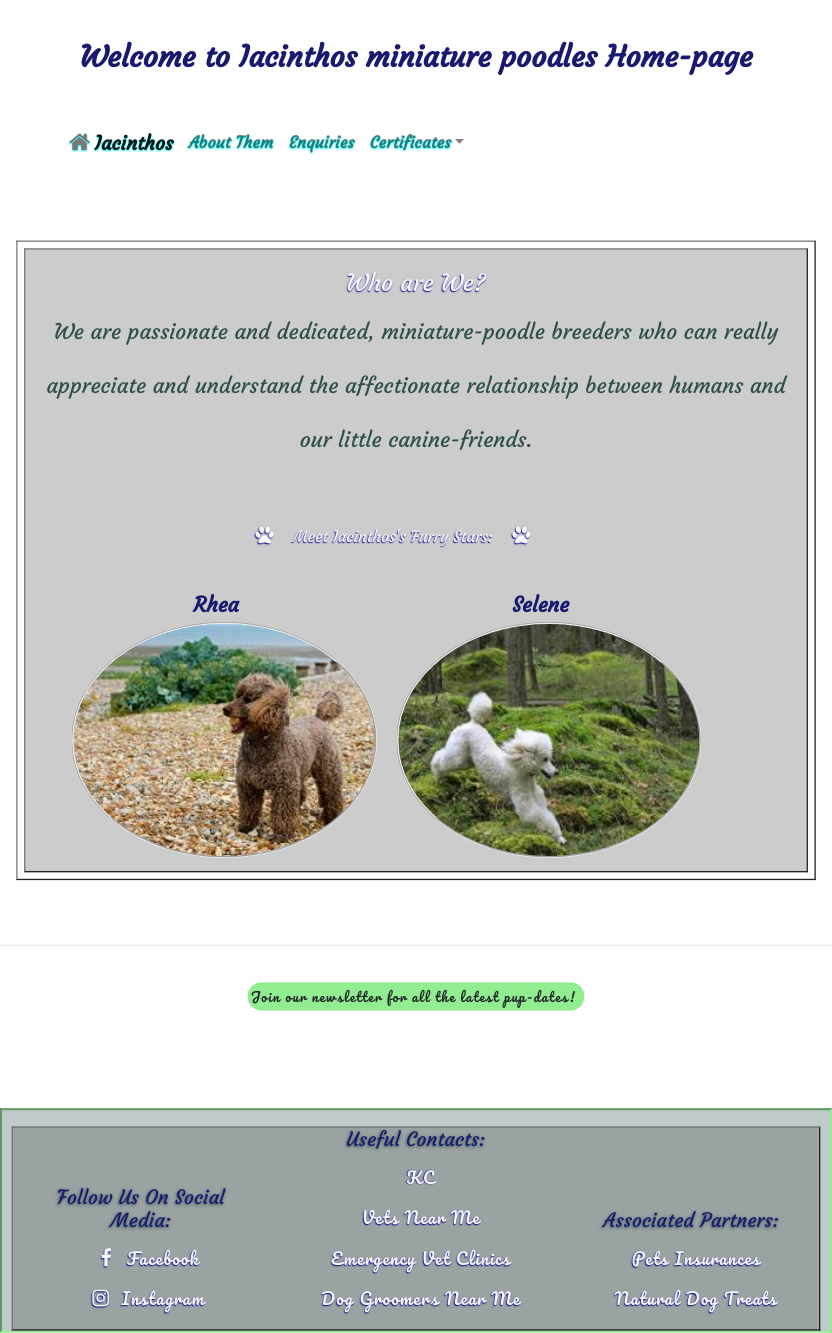
Repository: Code-Institute-Submissions/GeorgiosSklav-Iacinthos-blog
Page: index.html
The author's editor kept a record of every edit. The page is drawn from the files as they stood at one moment, then again after the next edit.
The browser window is 1280 px wide. The pictures show the whole page, at 65% of full size.

Above is the page before.

### index.html
<!DOCTYPE html>
<html lang="en">

<head>
    <meta charset="UTF-8">
    <meta name="viewport" content="width=device-width, initial-scale=1.0">
    <meta http-equiv="X-UA-Compatible" content="ie=edge">
    <link rel="stylesheet" href="https://stackpath.bootstrapcdn.com/bootstrap/4.3.1/css/bootstrap.min.css " integrity="sha384-ggOyR0iXCbMQv3Xipma34MD+dH/1fQ784/j6cY/iJTQUOhcWr7x9JvoRxT2MZw1T " crossorigin="anonymous">
    <title>Iacinthos mini Poodles</title>
    <link rel="stylesheet" href="https://stackpath.bootstrapcdn.com/font-awesome/4.7.0/css/font-awesome.min.css" integrity="sha384-wvfXpqpZZVQGK6TAh5PVlGOfQNHSoD2xbE+QkPxCAFlNEevoEH3Sl0sibVcOQVnN" crossorigin="anonymous">
    <link rel="stylesheet" href="style.css" type="text/css" />
</head>

<body>

    <!--Header-->

    <header class="container">
        <div class="row align-items-start homepage">
            <div class="col-12 logo">
                <h1>Welcome to Iacinthos miniature poodles Home-page</h1>
            </div>
        </div>
        <nav class="navbar navbar-light navbar-expand-sm">
            <div class="navbar-brand"><i class="fa fa-home"></i>Iacinthos</div>
            <button class="navbar-toggler ml-auto" type="button" data-toggle="collapse" data-target="#navbarNavDropdown" aria-controls="navbarNavDropdown">
            <span class="navbar-toggler-icon"></span></button>
            <div class="collapse navbar-collapse" id="navbarNavDropdown">
                <ul class="navbar-nav mt-auto mt-2 mt-lg-0">
                    <li class="nav-item item2 mr-2"><a class="nav-link" href="about-them.html">About Them</a></li>
                    <li class="nav-item mr-2"><a class="nav-link" href="request-form.html">Enquiries</a></li>
                    <li class="nav-item dropdown">
                        <div class="nav-link dropdown-toggle" id="navbarDropdownMenuLink" role="button" data-toggle="dropdown" aria-haspopup="true" aria-expanded="false">
                            Certificates</div>
                        <div class="dropdown-menu" aria-labelledby="navbarDropdownMenuLink">
                            <a class="dropdown-item" target="_blank" href="./Media/certificate.pdf"><i class="fa fa-download"></i>Kennel Club</a>
                            <a class="dropdown-item" target="_blank" href="./Media/lineage1.pdf"><i class="fa fa-download"></i>Blood-Lineage</a>
                        </div>
                    </li>
                </ul>
            </div>
        </nav>
    </header>

    <!--main-body-->

    <main>
        <div class="jumbotron-fluid about" id="frame">
            <div class="background-overlay">
                <div class="about">
                    <h3 class="about-title">Who are We?</h3>
                    <p>We are passionate and dedicated, miniature-poodle breeders who can really appreciate and understand the affectionate relationship between humans and our little canine-friends.</p>
                </div>

                <div class="container">
                    <div class="row introduction">
                        <div class="col-12 container-title capitalise">
                            <h4><i class="fa fa-paw" aria-hidden="true"></i>Meet Iacinthos's furry stars:<i class="fa fa-paw" aria-hidden="true"></i></h4>
                        </div>
                        <div class="col-10 offset-1 offset-sm-0 col-sm-6 offset-md-0 col-md-6">
                            <h5 class="dog-name">Rhea</h5>
                            <img src="./Media/photos/selene.jpg" class="img-50" alt="dog-white">
                        </div>
                        <div class="col-10 offset-1 offset-sm-0 col-sm-6 offset-md-0 col-md-6">
                            <h5 class="dog-name">Selene</h5>
                            <img src="./Media/photos/forest.jpg" class="img-50" alt="dog-brown">
                        </div>
                    </div>
                </div>
            </div>
        </div>
        <hr>

        <!--Modal-->

        <button type="button" class="btn btn-color" data-toggle="modal" data-target="#exampleModal">
  Join our newsletter for all the latest pup-dates!
</button>
        <div class="modal fade" id="exampleModal" tabindex="-1" role="dialog" aria-labelledby="exampleModalLabel" aria-hidden="true">
            <div class="modal-dialog" role="document">
                <div class="modal-content">
                    <div class="modal-header">
                        <h5 class="modal-title" id="exampleModalLabel">Join our family with a flick of your paw!</h5>
                        <button type="button" class="close" data-dismiss="modal" aria-label="Close">
                     <span aria-hidden="true">&times;</span>
        </button>
                    </div>
                    <div class="modal-body">
                        <form class="modal-newsletter">
                            <div class="form-group ">
                                <input type="email" class="form-control" id="InputEmail2" aria-describedby="InputEmail2" placeholder="Your Woof-mail....">
                            </div>
                            <div class="form-group">
                                <input type="password" class="form-control" id="InputPassword2" placeholder="....and a Woof-password">
                            </div>
                            <div class="form-group form-check">
                                <input type="checkbox" class="form-check-input" id="Check1">
                                <label class="form-check-label" for="Check1">Remember me</label>
                            </div>
                        </form>
                    </div>
                    <div class="modal-footer">
                        <button type="button" class="btn btn-danger" data-dismiss="modal">Close</button>
                        <button type="button" class="btn btn-info">Subscribe</button>
                    </div>
                </div>
            </div>
        </div>
    </main>

    <!--footer-->

    <footer class="container-fluid footer">
        <div class="background-overlay">
            <div class="row align-items-end">
                <div class="col-12 col-md-3 col-lg-3">
                    <h4 class="social-title capitalise">Follow us on social media:</h4>
                    <ul class="social-links">
                        <li>
                            <a target="_blank" href="https://www.facebook.com/neil.davis.9862">
                            <i class="fa fa-facebook"></i>
                            <span>Facebook</span>
                        </a>
                        </li>
                        <li>
                            <a target="_blank" href="https://instagram.com/neilr.davis?igshid=wmi0mqp5d2se">
                            <i class="fa fa-instagram"></i>
                            <span>Instagram</span>
                        </a>
                        </li>
                    </ul>
                </div>
                <div class="col-12 col-md-3 col-lg-3">
                    <h4 class="social-title capitalise">Useful contacts:</h4>
                    <ul class="social-links">
                        <li>
                            <a target="_blank" href="https://www.thekennelclub.org.uk/">
                            <span class="capitalise">KC</span>
                        </a>
                        </li>
                        <li>
                            <a target="_blank" href="https://www.google.com/search?q=vet+near+me&oq=vet+near&aqs=chrome.0.0j69i57j0l4.4119j0j7&sourceid=chrome&ie=UTF-8">
                            <span class="capitalise">Vets near me</span>
                        </a>
                        </li>
                        <li>
                            <a target="_blank" href="https://www.google.com/search?q=emergency+vet+clinic+near+me&oq=emergency+vet&aqs=chrome.4.69i57j0l5.15430j0j7&sourceid=chrome&ie=UTF-8">
                            <span class="capitalise">Emergency vet clinics</span>
                        </a>
                        </li>
                        <li>
                            <a target="_blank" href="https://www.google.com/search?q=dog+groomer+near+me&oq=dog+groomer&aqs=chrome.1.69i57j0l5.4790j0j7&sourceid=chrome&ie=UTF-8">
                            <span class="capitalise">Dog groomers near me</span>
                        </a>
                        </li>
                    </ul>
                </div>
                <div class="col-12 col-md-3 col-lg-3">
                    <h4 class="social-title capitalise">Associated partners:</h4>
                    <ul class="social-links">
                        <li>
                            <a target="_blank" href="https://www.google.com/search?q=pet+insurance+near+me&oq=pet+ins&aqs=chrome.2.0j69i57j0l4.6094j0j7&sourceid=chrome&ie=UTF-8">
                            <span class="capitalise">pets insurances</span>
                        </a>
                        </li>
                        <li>
                            <a target="_blank" href="https://www.doglistener.co.uk/catalog/natural-dog-treats-0">
                            <span class="capitalise">natural dog treats</span>
                        </a>
                        </li>
                    </ul>
                </div>

            </div>
        </div>
    </footer>

    <script src="https://code.jquery.com/jquery-3.3.1.slim.min.js" integrity="sha384-q8i/X+965DzO0rT7abK41JStQIAqVgRVzpbzo5smXKp4YfRvH+8abtTE1Pi6jizo" crossorigin="anonymous"></script>
    <script src="https://cdnjs.cloudflare.com/ajax/libs/popper.js/1.14.7/umd/popper.min.js" integrity="sha384-UO2eT0CpHqdSJQ6hJty5KVphtPhzWj9WO1clHTMGa3JDZwrnQq4sF86dIHNDz0W1" crossorigin="anonymous"></script>
    <script src="https://stackpath.bootstrapcdn.com/bootstrap/4.3.1/js/bootstrap.min.js" integrity="sha384-JjSmVgyd0p3pXB1rRibZUAYoIIy6OrQ6VrjIEaFf/nJGzIxFDsf4x0xIM+B07jRM" crossorigin="anonymous"></script>
</body>

</html>

### style.css
@import url('https://fonts.googleapis.com/css?family=Courgette:100,200,300,400,500,600,700|Pacifico:100,200,300,400,500,600,700');

/*------------------------------------------------body background*/

body {
    line-height: 2.5;
    text-align: center;
}

.background-overlay {
    position: relative;
    height: 100%;
    width: 100%;
    padding: 0;
    background-color: rgba(0, 0, 0, 0.2);
    border: 2px outset #777;
}

h1 {
    font-family: "Courgette", sans-serif;
    font-weight: 700;
    font-size: 45px;
    color: #191970;
    margin-top: 35px;
    margin-bottom: 5px;
    padding-top: 25px;
}

.heading {
    margin: 25px;
}

.capitalise {
    text-transform: capitalize;
}

/*------------------------------------------------Navbar*/

.navbar {
    word-wrap: normal;
   margin-bottom: 100px;
   margin-top: 50px;
}

.navbar-light {
    font-family: 'Courgette', sans-serif;
    font-weight: 600;
    font-size: 25px;
    text-shadow: 0px 2px 3px #00ffff;
}

.nav-link {
margin: 0;
 right:0;
 bottom: 0;
 color: #fff;
}

.nav-link:hover {
    background-color: rgba(120, 0, 50, .1);
}
.dropdown {
    margin-left: 0;
    padding: 0;
}
.dropdown-menu {
    background-color: #a9a9a9;
    font-weight: 600;
    font-size: 20px;
 padding:0;
}

.dropdown-menu ul li:hover {
    background-color: #a9a9a9;
}

.ml-auto {
    background-color: #a9a9a9;
}

.navbar i {
    font-size: 35px;
    padding-top: 0;
    padding-bottom: 5px;
    padding-right: 2px;
    margin: 5px;
    color: #777;
}

.navbar-brand {
    font-size: 30px;
}

.fa-download {
    margin-right: 2px;
    margin-left: 2px;
}

.fa-download:hover {
    color: #fff;
}

/*------------------------------------------Media queries*/

@media (max-width: 300px) {
    .ml-auto:hover {
        background-color: #777;
    }
    .dropdown-item:hover {
        background-color: #777;

    }
    #navbarNavDropdown {
        background-color: #a9a9a9;
    }


    #navbarNavDropdown ul li:hover {
        background-color: #90ee90;
    }
}



@media (max-width: 3800px) {
    .dropdown-menu {
        background-color: rgba(120, 0, 50, .3);

    }
    .dropdown-item:hover {
        background-color: #777;
        color: #fff;
    }
    .col-lg-3 {
        flex: 30%;
        max-width: 100%;
    }
}

/*------------------------------------------------Homepage*/

.homepage a {
    text-decoration: none;
    height: 100%;
}

.introduction {
    height: 90%;
    width: 90%;
}

.img-10 {
    float: left;
    width: 15%;
    border-radius: 50%;
    border: groove #777;
}

.img-20 {
    float: right;
    width: 20%;
    border-radius: 50%;
    border: groove #777;
    margin: 2px;
}

.img-30 {
    float: left;
    width: 30%;
    border: groove #777;
    margin: 2px;
}

.img-50 {
    margin-left: 25px;
    margin-bottom: 20px;
    width: 100%;
    float: none;
    border-style: groove;
    border-radius: 50%;
}

/*--------------------------------------------texts,p*/

.container-title {
    text-align: center;
    margin: 35px;
    font-family: "Courgette", sans-serif;
    color: #f8f8ff;
    text-shadow: -1px 1px 2px #00008b;
}

.container-title i {
    font-size: 30px;
    padding: 15px;
    margin: 15px;
}

.dog-name {
    font-family: "Courgette", sans-serif;
    font-weight: 700;
    font-size: 32px;
    margin-left: 25px;
    color: #191970;
}

/*----------------------------------------about us section*/

.about {
    margin: 25px;
    font-family: "Courgette", sans-serif;
    font-size: 33px;
    color: #2f4f4f;
}

.about .about-title {
    color: #f8f8ff;
    text-shadow: -1px 1px 2px #00008b;
    font-size: 36px;
    padding: 5px 2px;
}

#frame {
    border: 2px outset #777;
    font-size: 33px;
    margin-top: 45px;
    margin-bottom: 100px;
    padding: 10px;
    font-weight: 200;
    background-color: #fff;
}

/*----------------------------------------newsletter button*/

.btn-color {
    background-color: #90ee90;
    font-family: "Pacifico", sans-serif;
    font-size: 20px;
    letter-spacing: 2px;
    margin: 40px 25px 150px;
    padding-left: 4px;
    border-radius: 50px;
}

.btn-color:hover {
    color: #90ee90;
    background-color: #777;
}

/*----------------------------------------Modal styling*/

.modal-title {
    font-family: "Pacifico", sans-serif;
    font-size: 25px;
    margin: 10px 5px;
}

.modal-content {
    background-color: #90ee90;
    text-shadow: -3px 2px 0.5px #ffefd5;
    color: #777;
}

.modal-footer .btn-danger,
.btn-info {
    margin-right: 20px;
}

.modal-body {
    padding: 0 15px 0 15px;
    top: 5px;
    bottom: 0;
    margin-top: 10px;
}


/*----------------------------------------footer*/

.footer {
    border: 3px inset #90ee90;
    background-color: rgba(47, 79, 79, .3);
    padding-top: 25px;
    margin: 0 5px 0 0;
    text-align: center;
    display: run-in;
}


.contacts .social-title {
    font-family: "Courgette", sans-serif;
    font-size: 30px;
    font-weight: 400;
    letter-spacing: 2px;
    color: #191970;
}


.social-links {
    list-style: none;
    padding-right: 25px;
    font-family: "Pacifico", sans-serif;
    color: #f8f8ff;
    font-size: 20px;
    font-weight: 300;
    letter-spacing: 2px;
    text-shadow: -1px 1px 2px #00008b;
}

.social-links li a {
    text-decoration: none;
    font-family: "Pacifico", sans-serif;
    font-size: 25px;
    font-weight: 400;
    letter-spacing: 2px;
    color: #f8f8ff;
    text-shadow: -1px 1px 2px #00008b;
}

.social-links li a:hover {
    color: #90ee90;
}

.social-links li i {
    font-size: 30px;
    height: 45px;
    width: 45px;
}

.social-title {
    word-break: keep-all;
    margin-left: 50px;
    margin-right: 50px;
    font-size: 30px;
    font-family: "Courgette", sans-serif;
    color: #191970;
    text-shadow: -1px 2px 5px #2f4f4f;
}

.contact-heading {
    font-family: "Courgette", sans-serif;
    font-weight: 300;
    margin-top: 25px;
    margin-bottom: 20px;
}

.form-control {
    font-size: 20px;
    background-color: #90ee90;
}

.control {
    background-color: #90ee90;
}

.center-form {
    padding: 15px 5px 10px;
    margin: 15px auto;
    max-width: 80%;
}

button[type="submit"] {
    margin-bottom: 20px;
    margin-top: 13px;
    color: #90ee90;
    background-color: #777;
}

button[type="submit"]:hover {
    background-color: #90ee90;
    color: #777;
}

After the next edit:
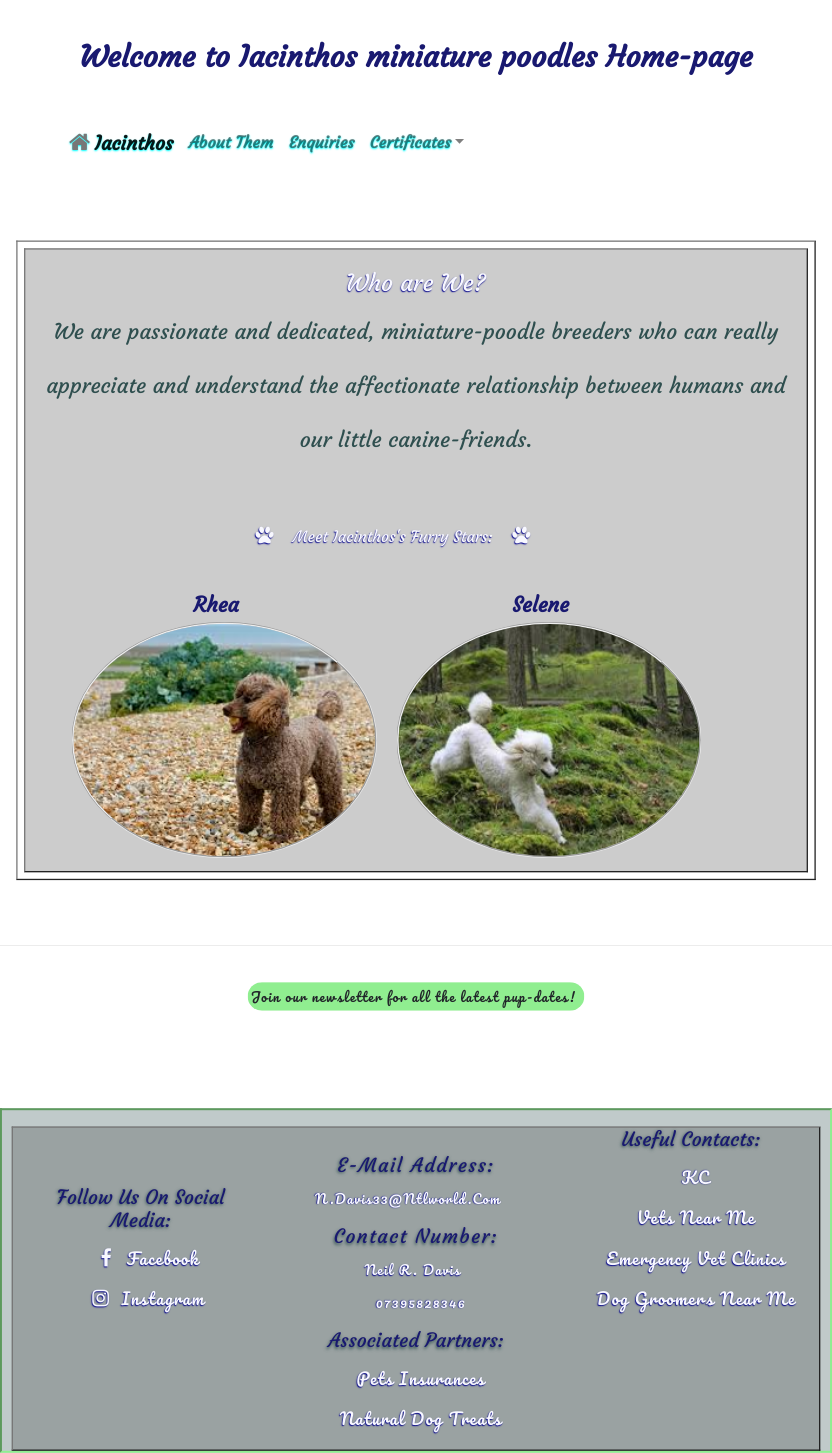
The edit:
--- a/index.html
+++ b/index.html
@@ -130,6 +130,21 @@
                         </li>
                     </ul>
                 </div>
+                 <div class="col-12 col-md-3 col-lg-3 contacts">
+                    <h4 class="social-title capitalise">e-mail address:</h4>
+                    <p class="capitalise social-links">
+                        n.davis33@ntlworld.com
+                    </p>
+                    <h4 class="social-title capitalise">Contact number:</h4>
+                    <ul class="social-links">
+                        <li class="social-links capitalise">
+                            neil r. davis
+                        </li>
+                        <li class="capitalise">
+                            07395828346
+                        </li>
+                    </ul>
+                </div>
                 <div class="col-12 col-md-3 col-lg-3">
                     <h4 class="social-title capitalise">Useful contacts:</h4>
                     <ul class="social-links">
